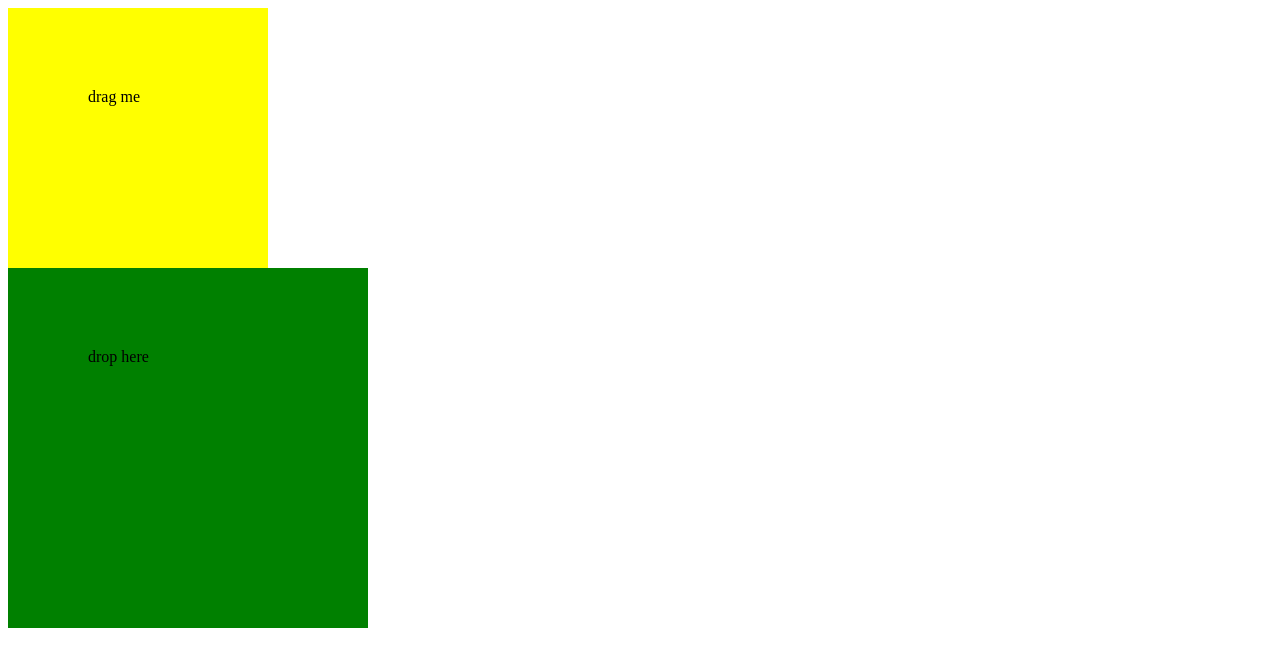
Repository: PoojaShirwaikar/BlockhainTest
Page: javascript/JQueryDemo/WebContent/interactive.html
These files come from the project's save history. The page is drawn as it stood at one moment and after the next save; the edit follows.
The browser window is 1280 px wide. The pictures show the whole page.
Some web libraries are served in a nearby version.

Above is the page before, as saved 2017-11-14 05:18:57.

### javascript/JQueryDemo/WebContent/interactive.html
<!DOCTYPE html>
<html>
<head>
<meta charset="ISO-8859-1">
<title>Insert title here</title>
<script src="https://code.jquery.com/jquery-3.2.1.js"></script>
<script src="https://code.jquery.com/ui/1.12.1/jquery-ui.js"></script>
<style>
#div1 {
	width: 100px;
	height: 100px;
	padding: 05em;
	background-color: yellow;
}

#div2 {
	width: 200px;
	height: 200px;
	padding: 05em;
	background-color: green;
}
</style>
<script>
	$(function(){
		$("#div1").draggable();
		$("#div2").droppable({
			drop: function(event,ui){
				$("#div1").find('p').html("dropped").css("fontSize","xx-large");
			}
		});

	})
</script>

</head>
<body>
	<div id="div1">drag me</div>
	<div id="div2">drop here</div>

</body>
</html>

After the next save:
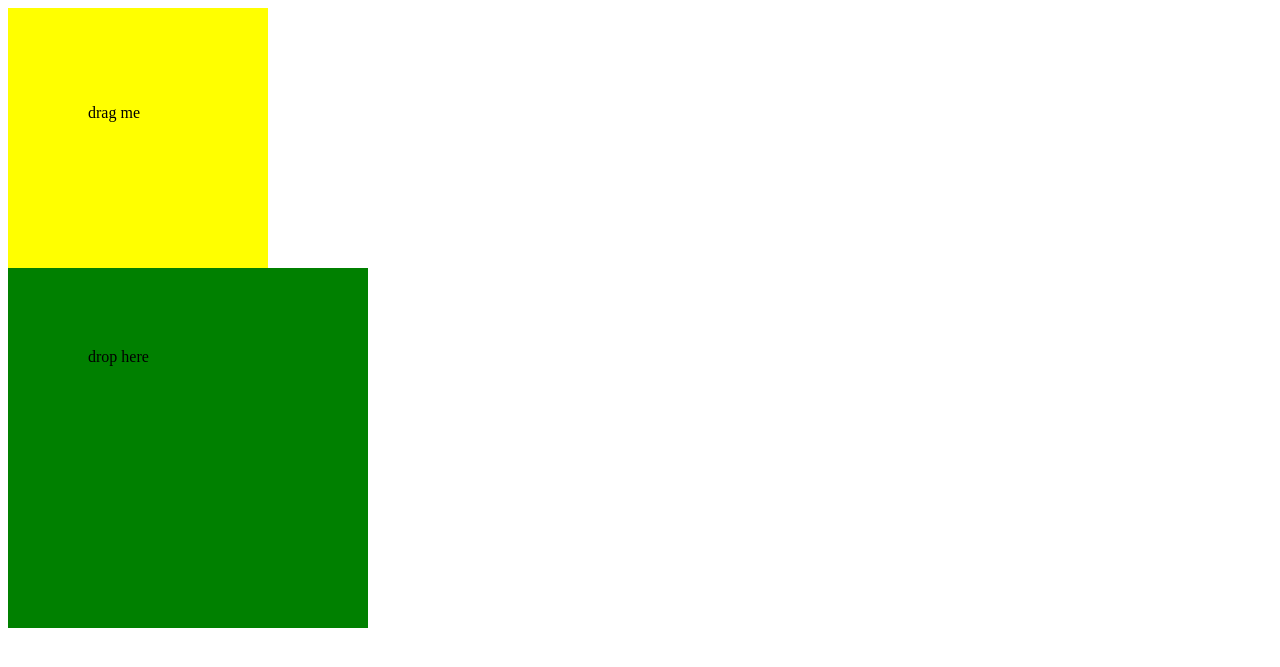
Saved 11 s later.
--- a/javascript/JQueryDemo/WebContent/interactive.html
+++ b/javascript/JQueryDemo/WebContent/interactive.html
@@ -34,7 +34,7 @@
 
 </head>
 <body>
-	<div id="div1">drag me</div>
+	<div id="div1"><p>drag me</p></div>
 	<div id="div2">drop here</div>
 
 </body>
